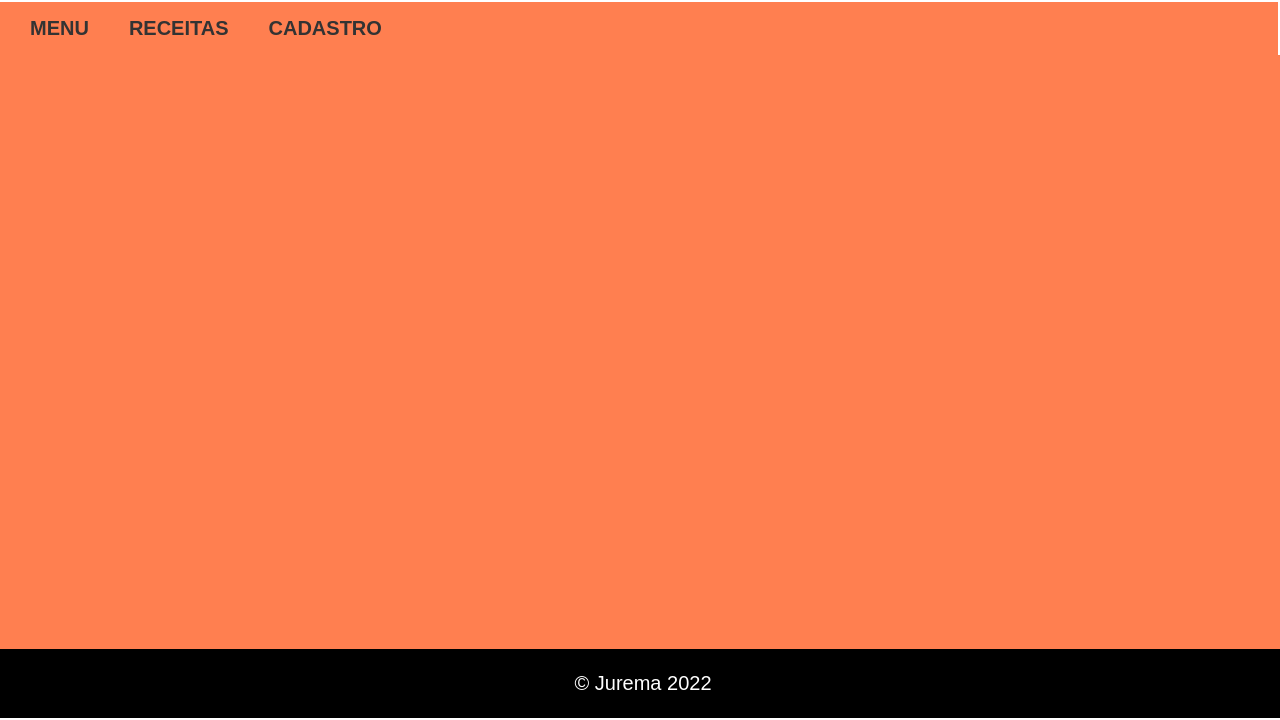
Repository: devropaes/RECEITAS
Page: OneDrive/Área de Trabalho/Estudos/Estácio/receitas/cadastro.html
These files come from the project's save history. The page is drawn as it stood at one moment and after the next save; the edit follows.
The browser window is 1280 px wide. The pictures show the whole page.

Above is the page before, as saved 2024-03-11 18:45:26.

### OneDrive/Área de Trabalho/Estudos/Estácio/receitas/cadastro.html
<!DOCTYPE html>
<html lang="pt-br">

<head>
    <meta charset="UTF-8">
    <meta http-equiv="X-UA-Compatible" content="IE=edge">
    <meta name="viewport" content="width=device-width, initial-scale=1.0">

    <title>CADASTRO</title>
    <link rel="stylesheet" href="./formatos.css">
    </head>

    <body>
    <header class="cabecalho">
      <nav class="cabecalho__menu">
          <a class="cabecalho__menu__link" href="index.html">MENU</a>
          <a class="cabecalho__menu__link" href="index.html">RECEITAS</a>
          <a class="cabecalho__cadastro__link" href="index.html">CADASTRO</a>

      </nav>
      </header>

      <footer class="rodape">
        <p>&copy; Jurema 2022 </p>
     </footer>

   </body>
 </html>

### OneDrive/Área de Trabalho/Estudos/Estácio/receitas/formatos.css

body {
    background-color:#ff7f50;
    border-top: 2px solid #fff ;
    border-right: 2px solid #fff ;
    font-family: Arial, sans-serif;
    font-size: 20px;
    margin: 0;
    padding: 0;

}

.cabecalho {
    font-family: "Krona One", sans-serif;
    font-weight: 600;
    background-color:#ff7f50;
    color: #333;
    padding: 10px;
    text-align: center;
    text-decoration: none;
}

.cabecalho__menu {
    font-family: "Krona One", sans-serif;
    font-weight: 600;
    background-color:#ff7f50;
    display: flex;
    justify-content: left;
    color:black;
    text-decoration: none;

}


.cabecalho__menu__link {
    font-family: "Krona One", sans-serif;
    font-weight: 600;
    color: #333;
    text-decoration: none;
    padding: 5px 10px;
    margin: 0 10px;
    pad: 50px;
}
.cabecalho__cadastro__link {
    font-family: "Krona One", sans-serif;
    font-weight: 600;
    color: #333;
    text-decoration: none;
    padding: 5px 10px;
    margin: 0 10px;
    pad: 50px;
}
.restaurant-icone {
    font-size: 2px;
}

.restaurant-title {
    font-size: 24px; /* Ajuste o tamanho conforme necessário */
    font-family: Arial, sans-serif; /* Defina a fonte conforme necessário */
}

.restaurant-title .fa-utensils {
    font-size: 1px; /* Ajuste o tamanho do ícone conforme necessário */
    margin-right: 10px; /* Ajuste a margem conforme necessário */
}

.apresentacao {
    font-family: "Krona One", sans-serif;
    font-weight: 600;
    background-color: #ff7f50;
    text-align: center;
    padding: 50px;
}

.apresentacao__conteudo {
    img: 33x32px;
    font-family: "Krona One", sans-serif;
    font-weight: 600;
    max-width: 600px;
    margin: 0 auto;
    pad: 60px;
}

.apresentacao__conteudo {
    font-family: "Krona One", sans-serif;
    font-weight: 600;
    color: #333;
    pad:62px;

}
.apresentacao__conteudo__titulo {
    justify-items:right;
    width: 60%;

}


.apresentacao__receitas__link {
    align-items: center;
    display:flex;
    gap: 16px;
    width: 50%;
    text-align: center;

}


.rodape {
    background-color: #000;
    color: #fff;
    text-align: center;
    padding: 3px;
    position: fixed;
    left: 0; /* Alteração aqui para fixar o rodapé no lado esquerdo */
    bottom: 0;
    width: 100%;
    margin: 0;
    max-width: 100%;
    border-bottom: 2px solid #fff ;
}

@media (max-width: 1200px) {
    .cabecalho {
        padding: 0%;
    }
    .apresentacao {
        align-items: center;
        padding: 5%;
        width: auto;
    }
    .trabalhar.png {
        font-size: small;
    }
}

After the next save:
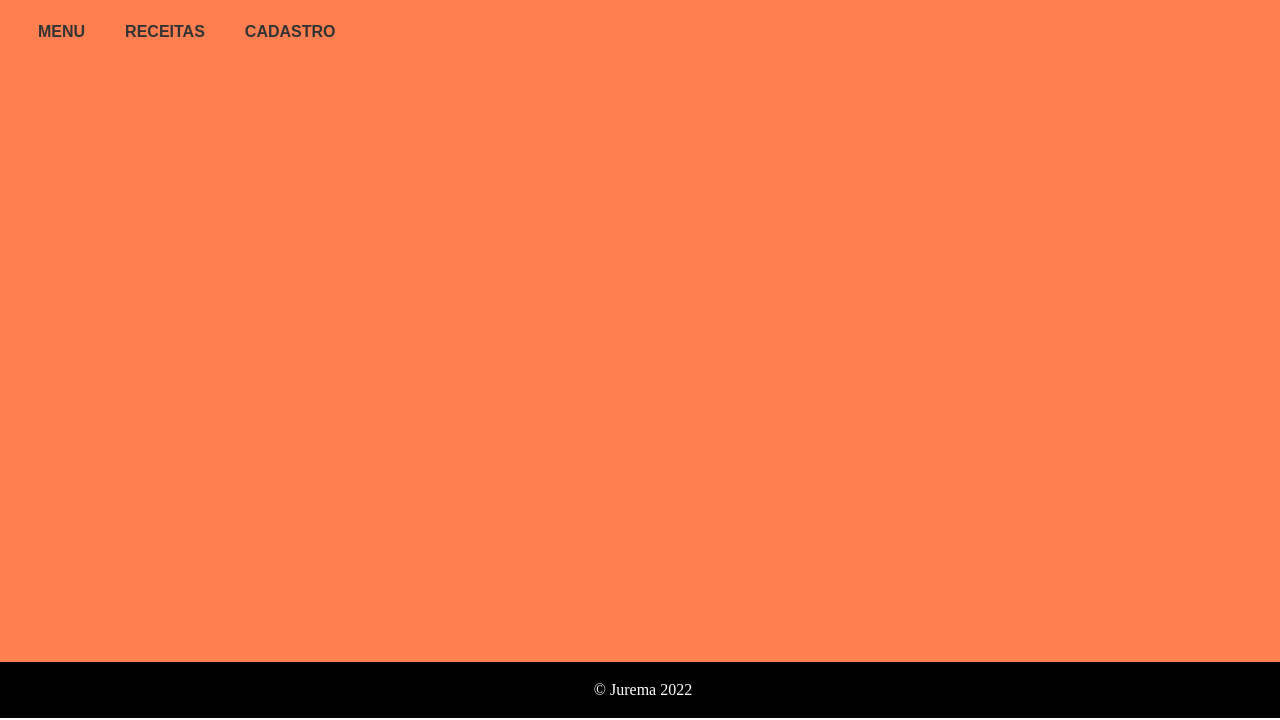
Saved 48 s later.
--- a/OneDrive/Área de Trabalho/Estudos/Estácio/receitas/formatos.css
+++ b/OneDrive/Área de Trabalho/Estudos/Estácio/receitas/formatos.css
@@ -1,12 +1,6 @@
 
 body {
     background-color:#ff7f50;
-    border-top: 2px solid #fff ;
-    border-right: 2px solid #fff ;
-    font-family: Arial, sans-serif;
-    font-size: 20px;
-    margin: 0;
-    padding: 0;
 
 }
 

After the save that followed:
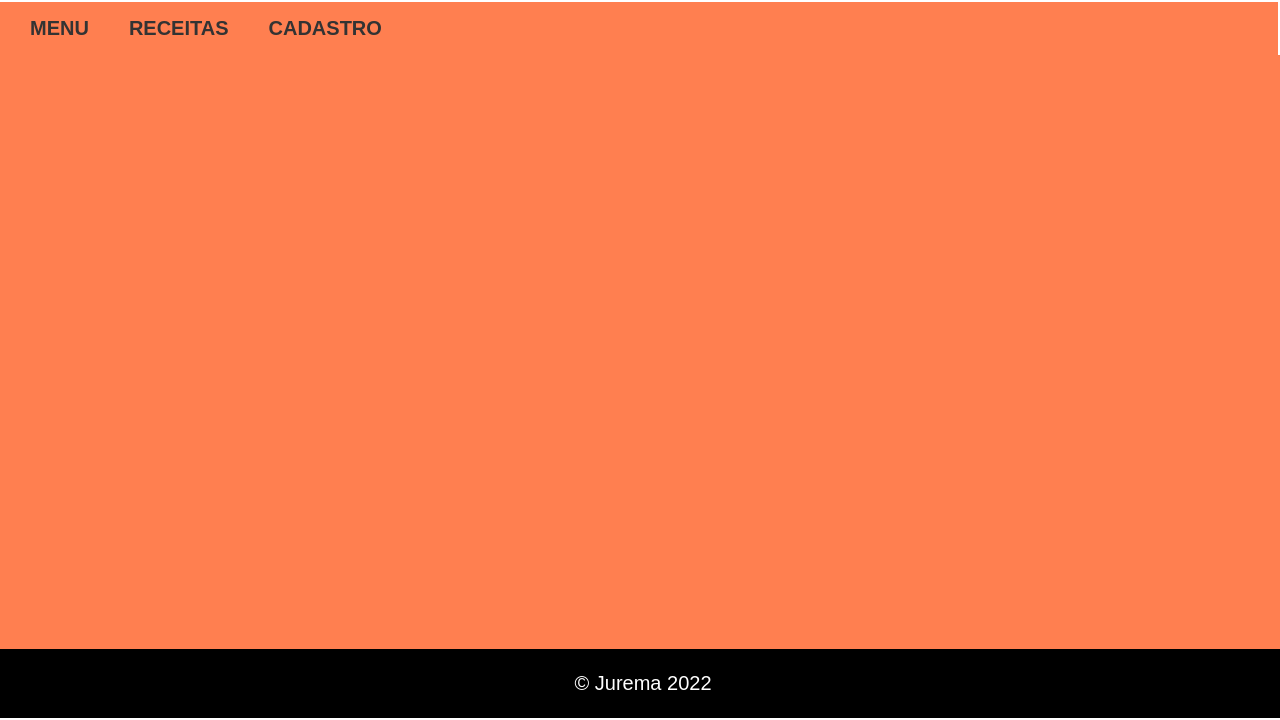
Saved 111 s later.
--- a/OneDrive/Área de Trabalho/Estudos/Estácio/receitas/formatos.css
+++ b/OneDrive/Área de Trabalho/Estudos/Estácio/receitas/formatos.css
@@ -1,6 +1,12 @@
 
 body {
     background-color:#ff7f50;
+    border-top: 2px solid #fff ;
+    border-right: 2px solid #fff ;
+    font-family: Arial, sans-serif;
+    font-size: 20px;
+    margin: 0;
+    padding: 0;
 
 }
 
@@ -44,19 +50,7 @@ body {
     margin: 0 10px;
     pad: 50px;
 }
-.restaurant-icone {
-    font-size: 2px;
-}
 
-.restaurant-title {
-    font-size: 24px; /* Ajuste o tamanho conforme necessário */
-    font-family: Arial, sans-serif; /* Defina a fonte conforme necessário */
-}
-
-.restaurant-title .fa-utensils {
-    font-size: 1px; /* Ajuste o tamanho do ícone conforme necessário */
-    margin-right: 10px; /* Ajuste a margem conforme necessário */
-}
 
 .apresentacao {
     font-family: "Krona One", sans-serif;
